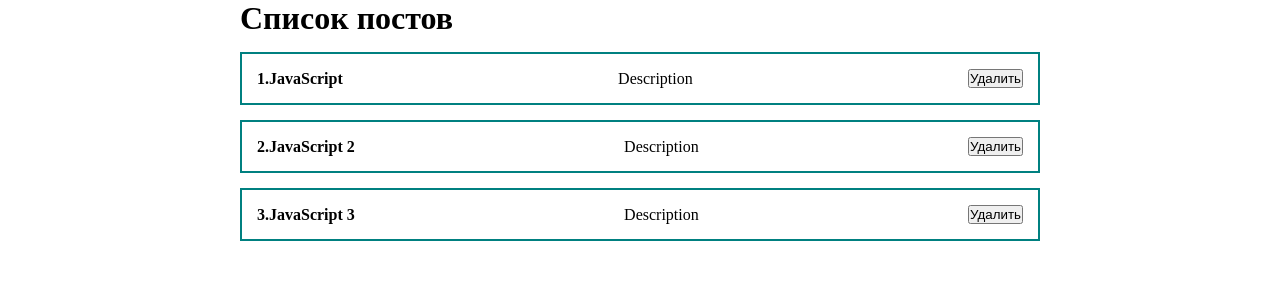
Repository: otvertka/ulb2_react
Page: / (app in jk_project/)
These files come from the project's save history. The page is drawn as it stood at one moment and after the next save; the edit follows.
The browser window is 1280 px wide. The pictures show the whole page.
The project was rebuilt for these pictures with package versions that can differ from the ones it lists, and the page was loaded fresh each time. Also part of the build but not shown: jk_project/src/component/Counter.jsx, jk_project/src/component/ClassCounter.jsx.

Above is the page before, as saved 2023-09-08 11:31:08.

After the next save:
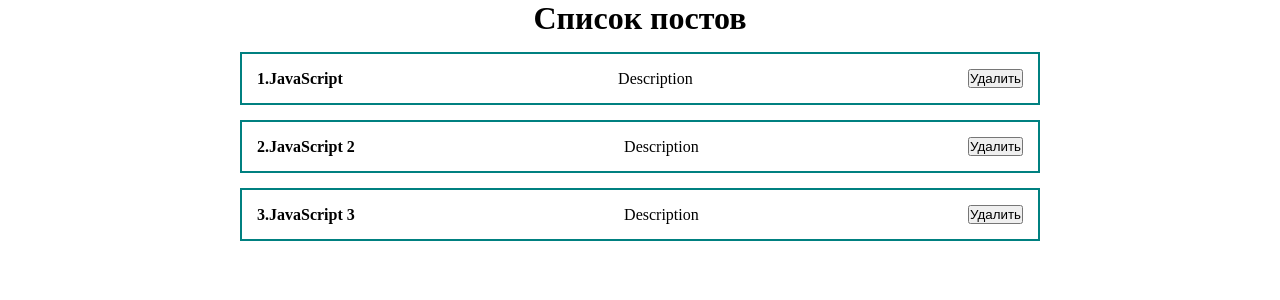
Saved 3 min 2 s later.
--- a/jk_project/src/App.js
+++ b/jk_project/src/App.js
@@ -13,7 +13,7 @@ function App() {
 
   return (
     <div className="App">
-      <h1>Список постов</h1>
+      <h1 style={{ textAlign: "center" }}>Список постов</h1>
       {posts.map((post) => (
         <PostItem post={post} key={post.id} />
       ))}
